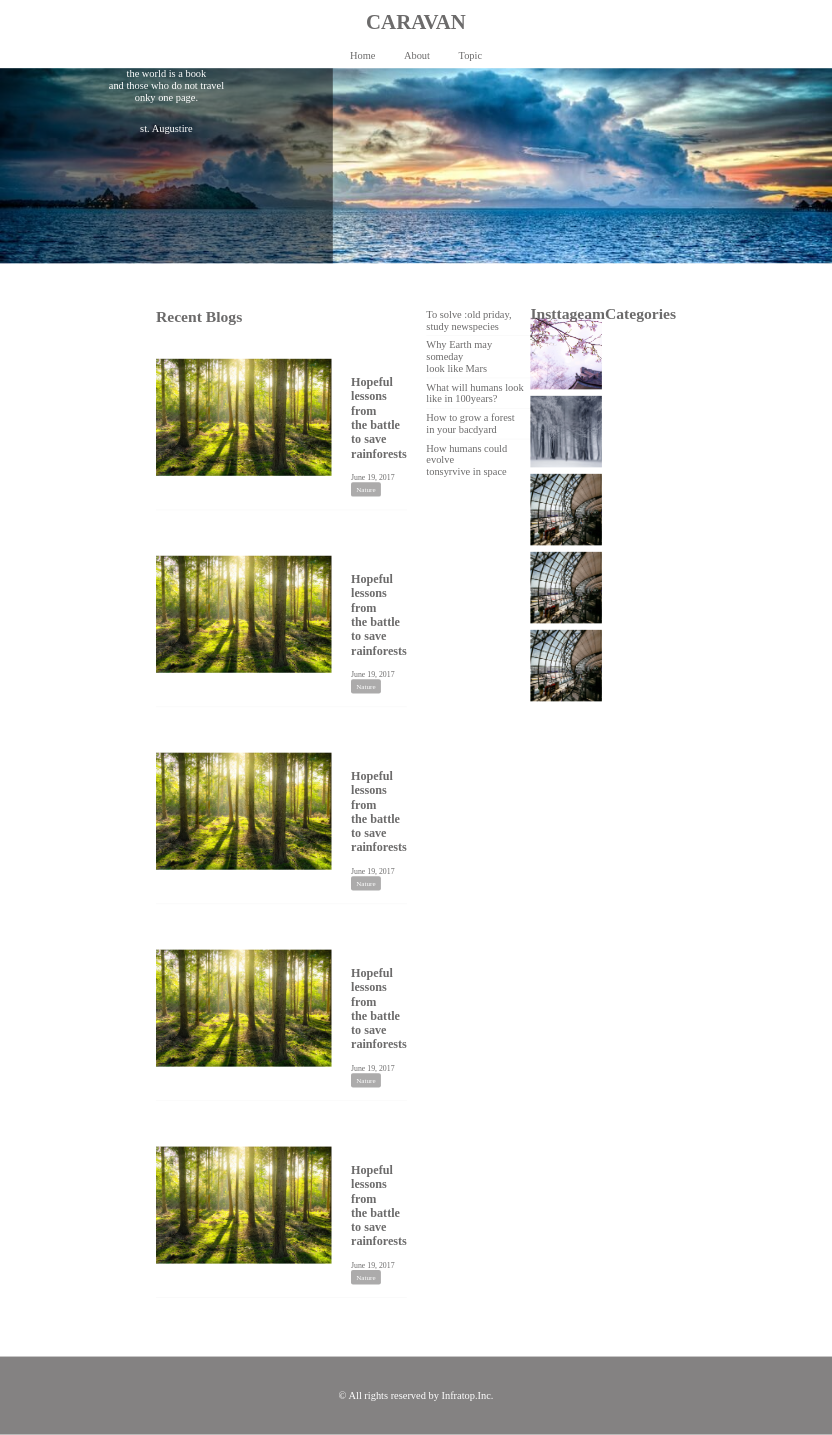
Repository: ishidaryu/ishidaryu
Page: caravan/index.html
The author's editor kept a record of every edit. The page is drawn from the files as they stood at one moment, then again after the next edit.
The browser window is 1280 px wide. The pictures show the whole page, at 65% of full size.

Above is the page before.

After the next edit:
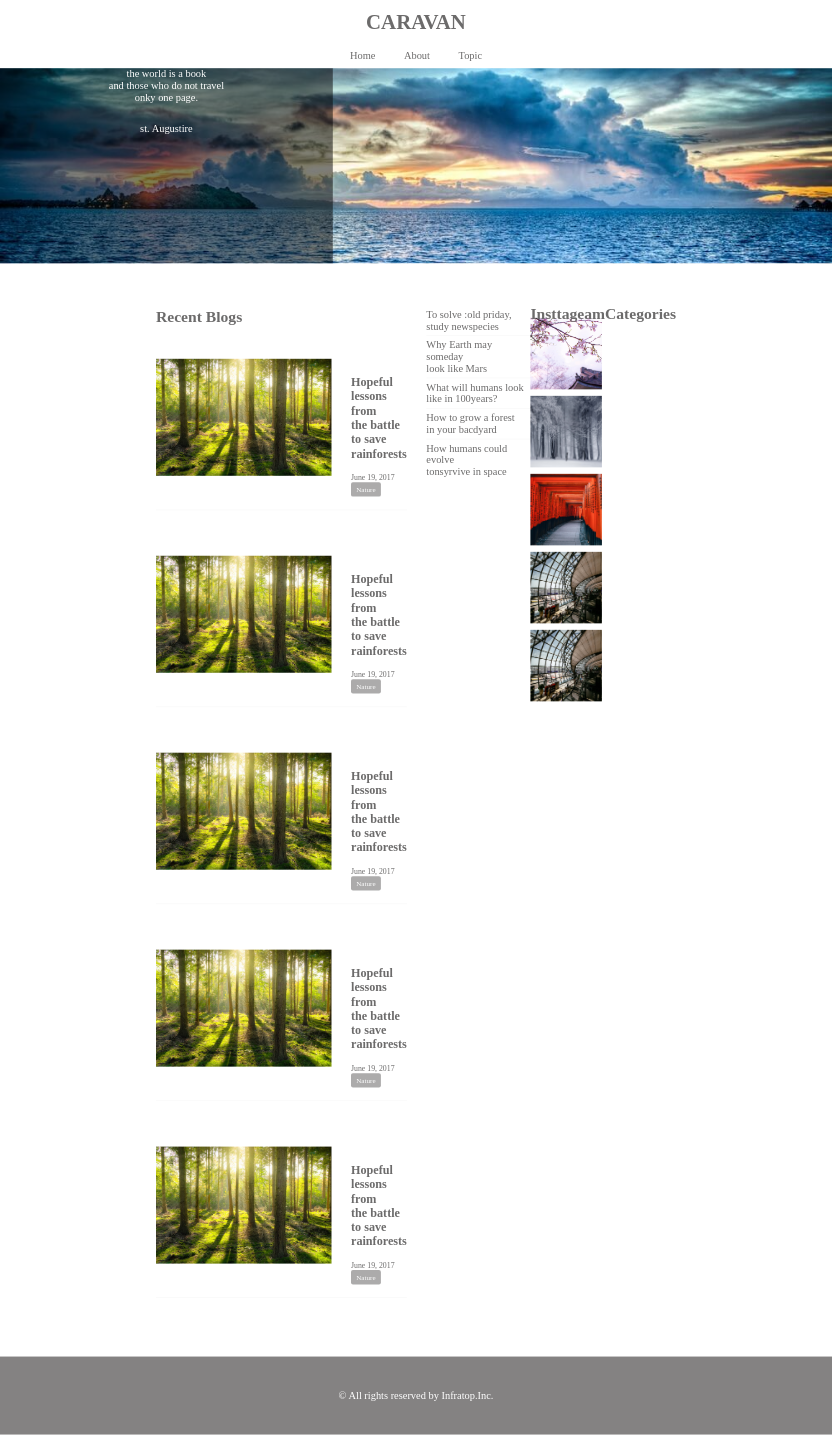
The edit:
--- a/caravan/style.css
+++ b/caravan/style.css
@@ -167,7 +167,7 @@
   background-image: url(img/snow.jpg);
 }
 .instagram-box:nth-child(4) {
-  background-image: url(img/airport.jpg);
+  background-image: url(img/japan2.jpg);
 }
 .instagram-box:nth-child(5) {
   background-image: url(img/airport.jpg);
